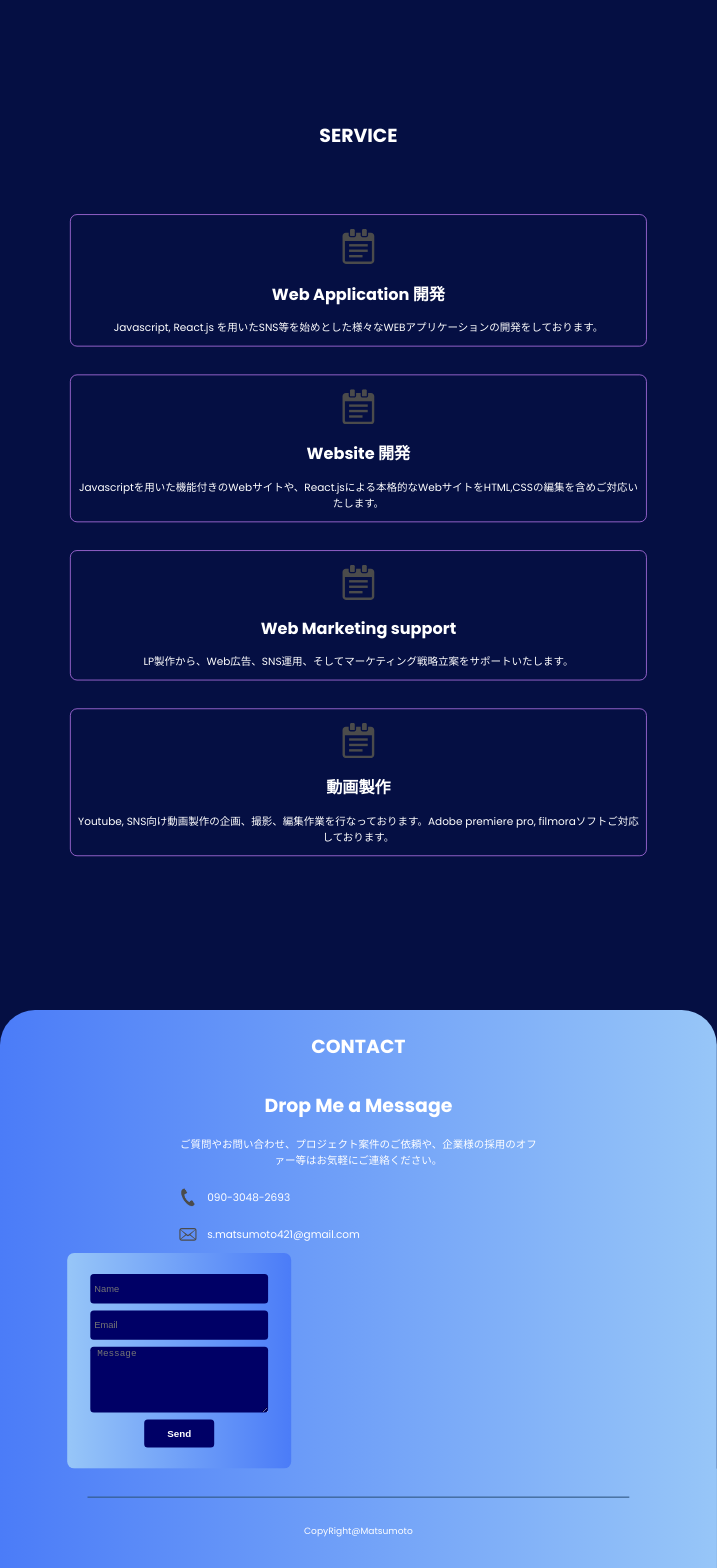
Repository: Seiya00002/my-portfolio-website2
Page: /
The author's editor kept a copy of each file at every save. The page is drawn from the files as they stood at one save, then again after the next save.
The browser window is 1024 px wide. The pictures show the part of the page from y = 3450 to 5690 px (the page is 5690 px tall), at 70% of full size.
Some web fonts or font styles are not loaded; a fallback is used. The project was rebuilt for these pictures with package versions that can differ from the ones it lists, and the page was loaded fresh each time.

Above is the page before, as saved 2023-09-27 14:38:06.

### src/index.css
body {
  margin: 0;
  font-family: -apple-system, BlinkMacSystemFont, 'Segoe UI', 'Roboto', 'Oxygen',
    'Ubuntu', 'Cantarell', 'Fira Sans', 'Droid Sans', 'Helvetica Neue',
    sans-serif;
  -webkit-font-smoothing: antialiased;
  -moz-osx-font-smoothing: grayscale;
  background-color: rgb(5, 15, 67);
}

code {
  font-family: source-code-pro, Menlo, Monaco, Consolas, 'Courier New',
    monospace;
}

### src/App.tsx
import React from 'react';
import logo from './logo.svg';
import './App.css';
import Header from './Components/Header';
import Homepage from './Components/Homepage';
import Footer from './Components/Footer';

function App() {
  return (
    <div className="App">
      <Header />
      <Homepage />
      <Footer />
    </div>
  );
}

export default App;

### src/App.css
@import url('https://fonts.googleapis.com/css2?family=Dela+Gothic+One&family=Poppins:wght@300;400;500;600;700&display=swap');


.App {
  align-items: center;
  font-size: 18px;
  height: 100vh;
  width: 100%;
}

h1, h2, h3, p, a, label {
  color: white;
  font-family: 'Poppins', sans-serif;
}

p {
  font-size: 15px;
}

.header {
  height: 80px;
  display: flex;
  /* justify-content: space-around; */
  align-items: center;
  text-align: left;
  width: 100%;
  margin: 0 auto;
  color: white;
  position: fixed;
  background-color: rgb(5, 15, 67);
  z-index: 10;
}
.header-left {
  margin-right: auto;
  padding-left: 80px;
}

.header-right {
  padding-right: 30px;
}

nav ul li {
  list-style: none;
  display: inline-block;
  margin-right: 60px;
}

nav ul li a {
  font-size: 15px;
  color: white;
  text-decoration: none;
  transition: all 0.2s;
}

nav ul li a:hover {
  color: rgb(36, 89, 250);
}

.container {
  padding: 80px;
}

.title {
  position: relative;
  padding-bottom: 120px;
}

.title p{
  font-size: 20px;
  position: absolute;
}

.title h1{
  font-family: 'Dela Gothic One', cursive;
  font-size: 40px;
  padding-top: 45px;
}

.button {
  display       : inline-block;
  border-radius : 10px;
  font-size     : 12pt;
  text-align    : center;
  cursor        : pointer;
  padding       : 17px 45px;
  background: linear-gradient(to left, #97c6f8, #4b7cf8);
  color         : #ffffff;
  line-height   : 1em;
  transition    : .5s;
  border        : none;
  text-decoration: none;
}
.button:hover {
  color         : #000066;
  background    : #ffffff;
}

#about-me {
  display: flex;
  width: 100%;
  margin-bottom: 120px;
}

.about-me img {
  height: 300px;
  width: 300px;
  object-fit: cover;
}
.section-title {
  display: flex;
  justify-content: center;
  padding: 50px 0;
}

#portfolio {
  margin-bottom: 120px;
}

.project {
  display: flex;
  /* padding: 50px 0; */
}

.project h3 {
  color: #4b7cf8;
  font-weight: 400;
}

.right-contents {
  align-items: center;
  padding-left: 100px;
}

.left-contents {
  padding-right: 100px;
}

.project img {
  width: 560px;
  height: 280px;
  object-fit: cover;
}

#skill {
  margin-bottom: 120px;
}

.skill-section {
  justify-content: center;
  align-items: center;
  flex-wrap: wrap;
}

.tech-icon {
  padding-right: 5%;
  text-align: center;
  height: 80px;
  width: 20%;
  margin-bottom: 100px;
}


.tech-icon img {
  width: 100%;
  height: 100%;

}

.skill-section {
  display: flex;
}

#service {
  margin-bottom: 120px;
}

.service-description {
  display: flex;
  flex-wrap: wrap;
  align-items: center;
  justify-content: center;
}

.service-box {
  width: 40%;
  border: #ca82fd solid 1px;
  height: 280px;
  margin: 20px 20px;
  padding: 0 10px;
  border-radius: 10px;
  justify-content: center;
  text-align: center;
}

.service-title {
  padding-top: 20px;
}

.service-title h2 {
  font-size: 23px;
}

.service-title img {
  width: 50px;
  height: 50px;
}

#contact {
  background: linear-gradient(to left, #97c6f8, #4b7cf8);
  border-radius: 50px 50px 0 0;
  width: 100%;
  margin: 0 auto;
  justify-content: center;
  align-items: center;
}

.contact-wrapper {
  display: flex;
  justify-content: center;
  align-items: center;
}

.contact-description {
  width: 50%;
  padding: 0 30px;
  margin: 0 auto;
}

.info-detail {
  display: flex;
  align-items: center;
}

.info-detail img {
  width: 25px;
  height: 25px;
  margin-right: 15px;
}

.contact-outer {
  width: 50%;
}

.contact-section {
  display: flex;
  flex-direction: column;
  justify-content: center;
  align-items: center;
  padding: 30px 0;
  margin: 0 auto;
  background: linear-gradient(to right, #97c6f8, #4b7cf8);
  width: 320px;
  border-radius: 10px;
}

.contact-section-title {
  display: flex;
  justify-content: center;
  padding-top: 10px;
}

.contact-section input {
  width: 250px;
  height: 40px;
  margin-bottom:  10px;
  border: none;
  border-radius: 5px;
  background-color: #000066;
  color: white;
}

.contact-section textarea {
  width: 250px;
  height: 90px;
  margin-bottom:  10px;
  border: none;
  border-radius: 5px;
  background-color: #000066;
  color: white;
}

.contact-section button {
  height: 40px;
  width: 100px;
  border-radius: 5px;
  border: none;
  background-color: #000066;
  color: white;
  font-weight: 600;
  font-size: 14px;
  transition: .3s;
}

.contact-section button:hover {
  background-color: white;
  color: #000066;
}

.footer {
  padding: 30px;
  background: linear-gradient(to left, #97c6f8, #4b7cf8);
}

.footer p {
  text-align: center;
  font-size: small;
  padding-top: 25px;
}

hr {
  width: 80%;
  text-align: center;
  border: #305883 solid 0.5px;
  margin: 10px auto;
}

@media screen and (max-width: 1024px) {
  nav ul li {
    margin-right: 30px;
  }

  nav ul li a  {
    font-size: 12px;
  }

  #about-me {
    display: block;
    width: 100%;
    justify-content: center;
    text-align: center;
  }

  .project {
    display: block;
    justify-content: center;
    text-align: center;
    width: 100%;
  }

  .right-contents {
    padding: 0;
  }

  .left-contents {
    padding: 0;
  }

  .project img {
    width: 100%;
    height: auto;
    max-width: 560px;
    max-height: 280px;
  }

  .service-box {
    width: 100%;
    height: auto;
  }

  .contact-wrapper {
    display: block;
    justify-content: center;
    text-align: center;
  }

  .contact-description {
    display: block;
    justify-content: center;
    text-align: center;
    align-items: center;
  }

  .contact-outer {
    display: block;
    justify-content: center;
    text-align: center;
    align-items: center;
  }
}

### src/Components/Header.tsx
import React from 'react'

const Header = () => {
  return (
    <div className='header'>
        <div className='header-left'>
            <h3>Portfolio Site</h3>
        </div>
        <div className='header-right'>
            <nav>
                <ul>
                    <li>
                        <a href='#top'>HOME</a>
                    </li>
                    <li>
                        <a href='#portfolio'>PORTFOLIO</a>
                    </li>
                    <li>
                        <a href='#skill'>SKILL</a>
                    </li>
                    <li>
                        <a href='#service'>SERVICE</a>
                    </li>
                    <li>
                        <a href='#contact'>CONTACT</a>
                    </li>
                </ul>
            </nav>
        </div>
    </div>
  )
}

export default Header

### src/Components/Homepage.tsx
import React from 'react'

const Homepage = () => {

  return (
    <div className='container'>
        <div className='title'>
            <p>I'm a</p>
            <h1>Web Developer</h1>
            <a href='#portfolio' className='button'>Previous Project</a>
        </div>

        <div className='about-me' id='about-me'>
            <img src='/image/m-drawing.jpg' alt='profile-image' />
            <div className='right-contents'>
                <h2>Amout me</h2>
                <p>Webアプリケーションを中心に個人開発をしております。主にJavascript/React/HTML/CSSを扱っています。
                直近はマーケティング関連の仕事をしていたので、マーケティング戦略をしっかりと加味したWEBサイトやLP製作
                も行なっております。
                <br></br>趣味はサーフィンと、それを動画撮影・編集する事です。</p>
                <a href='#contact' className='button'>Contact me</a>
            </div>
        </div>

        <div id='portfolio'>
            <div className='section-title'>
                <h2>PORTFOLIO</h2>
            </div>
            <div className='project'>
                <div className='left-contents'>
                    <h3>PROJECT 1</h3>
                    <h2>メンバー制SNS アプリケーション開発</h2>
                    <p>「Seeds Surfers」観葉植物系Youtubeチャンネル「cova.amigo」視聴者様向けの、メンバー専用投稿サイトを製作しました。
                        観葉植物の育成方法などを配信するYoutuberとその視聴者、そして視聴者同士でコミュニケーションを
                        深める事を目的とし、コミュニティー感を作りチャンネルの有料メンバーシップやオンラインサロン構築への足掛かりとする
                        計画のプロジェクトです。
                    </p>
                </div>
                <img src='/image/seeds-surfers-image.png'
                    alt='Seeds-Surfers-image'
                />

            </div>
            <div className='project'>
                <div className='left-contents'>
                    <h3>PROJECT 2</h3>
                    <h2>LP 製作</h2>
                    <p>私自身の個人事業の、植物専門輸入事業「Seeds Surf」の宣伝LPを製作し運用しております。具体的なコストがすぐに
                        見えずらく売上に中々結び付かない課題を解消すべく、すぐにコストを試算できる機能を実装し、分かり易いコスト
                        提示にて顧客注文増加を目指しております。
                    </p>
                </div>
                <img src='/image/seeds-surf-lp-image.png'
                    alt='Seeds-Surf-lp-image'
                    />
            </div>
            <div className='project'>
                <div className='left-contents'>
                    <h3>PROJECT 3</h3>
                    <h2>動画製作</h2>
                    <p>Youtubeチャンネルを立ち上げから、撮影、編集、分析を含む運営を約2年間行いました。チャンネル登録者は約8千人、
                        販売売上80%増を達成しました。ニッチな分野のジャンルで、無名の状態から業界では知られた存在となり、人気を
                        獲得し売り上げにつながりました。テレビ風の面白おかしい、サボテン系植物の解説系動画チャンネルです。
                    </p>
                </div>
                <img src='/image/youtube-image.png'
                    alt='movie-project-image'
                />
            </div>
        </div>

        <div id='skill'>
            <div className='section-title'>
                <h2>SKILL</h2>
            </div>
            <div className='skill-section'>
                <div className='tech-icon'>
                    <img src='/image/html-5-icon.svg' />
                    <p>HTML</p>
                </div>
                <div className='tech-icon'>
                    <img src='/image/css-3-icon.svg' />
                    <p>CSS</p>
                </div>
                <div className='tech-icon'>
                    <img src='/image/javascript-icon.svg' />
                    <p>Javascript</p>
                </div>
                <div className='tech-icon'>
                    <img src='/image/react-icon.svg' />
                    <p>React.JS</p>
                </div>
                <div className='tech-icon'>
                    <img src='/image/typescript-icon.svg' />
                    <p>Typescript</p>
                </div>
                <div className='tech-icon'>
                    <img src='/image/nodejs-icon.svg' />
                    <p>Node.JS</p>
                </div>
                <div className='tech-icon'>
                    <img src='/image/firebase-icon.svg' />
                    <p>Firebase</p>
                </div>
                <div className='tech-icon'>
                    <img src='/image/adobe-premiere-icon.svg' />
                    <p>Adobe preiere pro</p>
                </div>
            </div>
        </div>

        <div id='service'>
            <div className='section-title'>
                <h2>SERVICE</h2>
            </div>
            <div className='service-description'>
                <div className='service-box'>
                    <div className='service-title'>
                        <img src='/image/memo-app-icon.svg' />
                        <h2>Web Application 開発</h2>
                    </div>
                    <p>Javascript, React.js を用いたSNS等を始めとした様々なWEBアプリケーションの開発をしております。</p>
                </div>
                <div className='service-box'>
                <div className='service-title'>
                        <img src='/image/memo-app-icon.svg' />
                        <h2>Website 開発</h2>
                    </div>
                    <p>Javascriptを用いた機能付きのWebサイトや、React.jsによる本格的なWebサイトをHTML,CSSの編集を含めご対応いたします。</p>
                </div>
                <div className='service-box'>
                <div className='service-title'>
                        <img src='/image/memo-app-icon.svg' />
                        <h2>Web Marketing support</h2>
                    </div>
                    <p>LP製作から、Web広告、SNS運用、そしてマーケティング戦略立案をサポートいたします。</p>
                </div>
                <div className='service-box'>
                <div className='service-title'>
                        <img src='/image/memo-app-icon.svg' />
                        <h2>動画製作</h2>
                    </div>
                    <p>Youtube, SNS向け動画製作の企画、撮影、編集作業を行なっております。Adobe premiere pro, filmoraソフトご対応しております。</p>
                </div>
            </div>
        </div>


    </div>
  )
}

export default Homepage

### src/Components/Footer.tsx
import React from 'react'
import { useState } from 'react';

const Footer = () => {

  const [ name, setName] = useState<string>("");
  const [ email, setEmail] = useState<string>("");
  const [ message, setMessage] = useState<string>("");

  const handleSubmit = async (e:any) => {
    e.preventDefault();

    try {
      const response = await fetch('https://formspree.io/f/xrgwynvb', {
        method: 'POST',
        headers: {
          'Content-Type': 'application/json',
        },
        body: JSON.stringify({
          name,
          email,
          message,
        }),
      });

      if (response.ok) {
        alert('メッセージが送信されました。');
        setName('');
        setEmail('');
        setMessage('');
      } else {
        alert('メッセージの送信に失敗しました。');
      }
    } catch (error) {
      console.log('送信エラー:', error);
    }
  };

  return (
            <div id='contact'>
              <div className='contact-section-title'>
                  <h2>CONTACT</h2>
              </div>
              <div className='contact-wrapper'>
                <div className='contact-description'>
                  <h2>Drop Me a Message</h2>
                  <p>ご質問やお問い合わせ、プロジェクト案件のご依頼や、企業様の採用のオファー等はお気軽にご連絡ください。</p>
                  <div className='info-detail'>
                    <img src='/image/tel-logo.png'
                    alt='Mobile-icon'
                    />
                    <p>090-3048-2693</p>
                  </div>
                  <div className='info-detail'>
                    <img src='/image/mail-icon.svg'
                    alt='Email-icon'
                    />
                    <p>s.matsumoto421@gmail.com</p>
                  </div>
                </div>
                <div className='contact-outer'>
                    <form onSubmit={handleSubmit} className='contact-section'>
                      <input
                          placeholder=' Name'
                          type='text'
                          onChange={(e) => setName(e.target.value)}
                          required
                      />
                      <input
                          placeholder=' Email'
                          type='text'
                          onChange={(e) => setEmail(e.target.value)}
                          required
                      />
                      <textarea
                          placeholder=' Message'
                          onChange={(e) => setMessage(e.target.value)}
                          required
                          ></textarea>
                      <button type='submit'>Send</button>
                    </form>
                </div>
              </div>
              <div className='footer'>
                      <hr></hr>
                      <p>CopyRight@Matsumoto</p>
              </div>
            </div>
         )
}

export default Footer

Loaded but not shown: public/index.html (common file); src/index.tsx (common file); src/reportWebVitals.ts (common file)

After the next save:
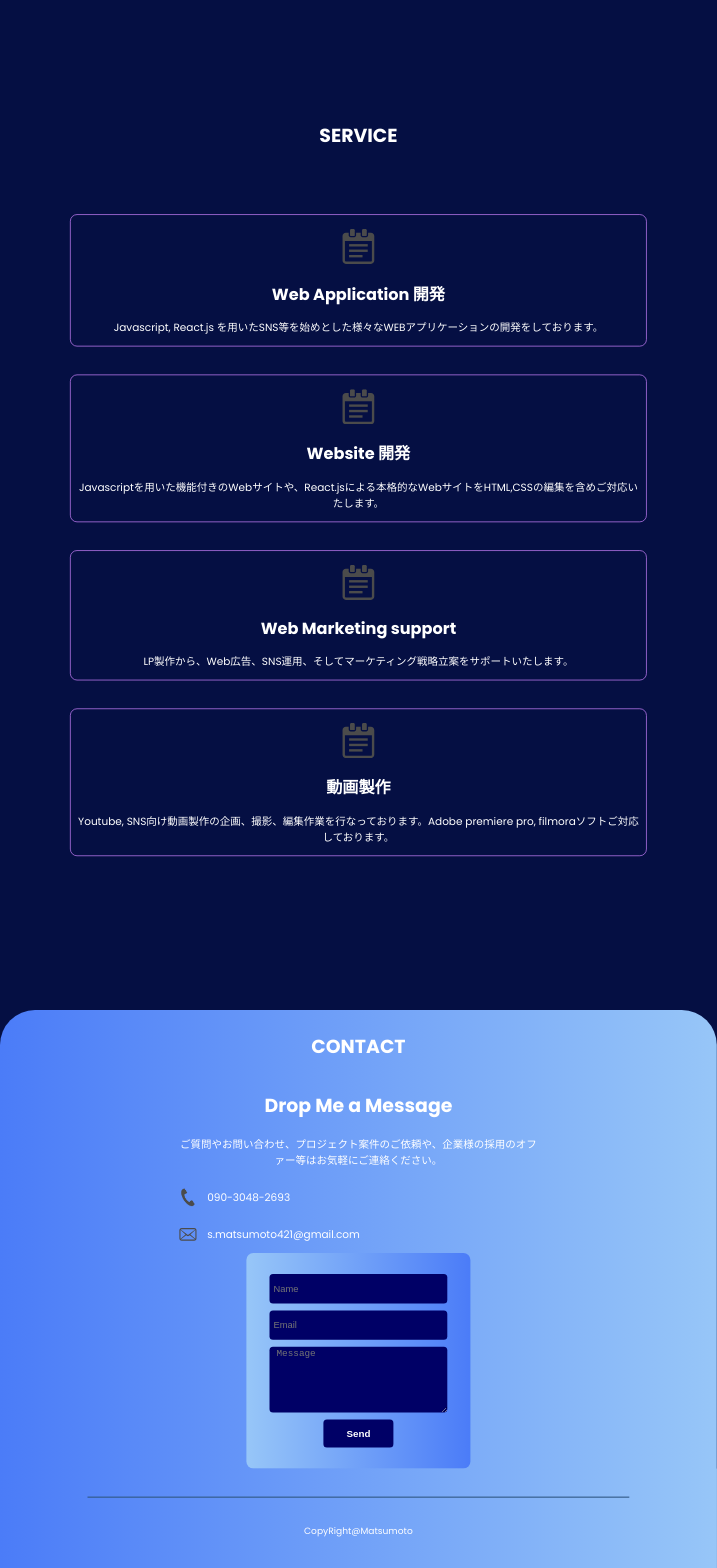
Saved 16 s later.
--- a/src/App.css
+++ b/src/App.css
@@ -375,5 +375,6 @@
     justify-content: center;
     text-align: center;
     align-items: center;
-  }
-}
+    margin: 0 auto;
+  }
+}
